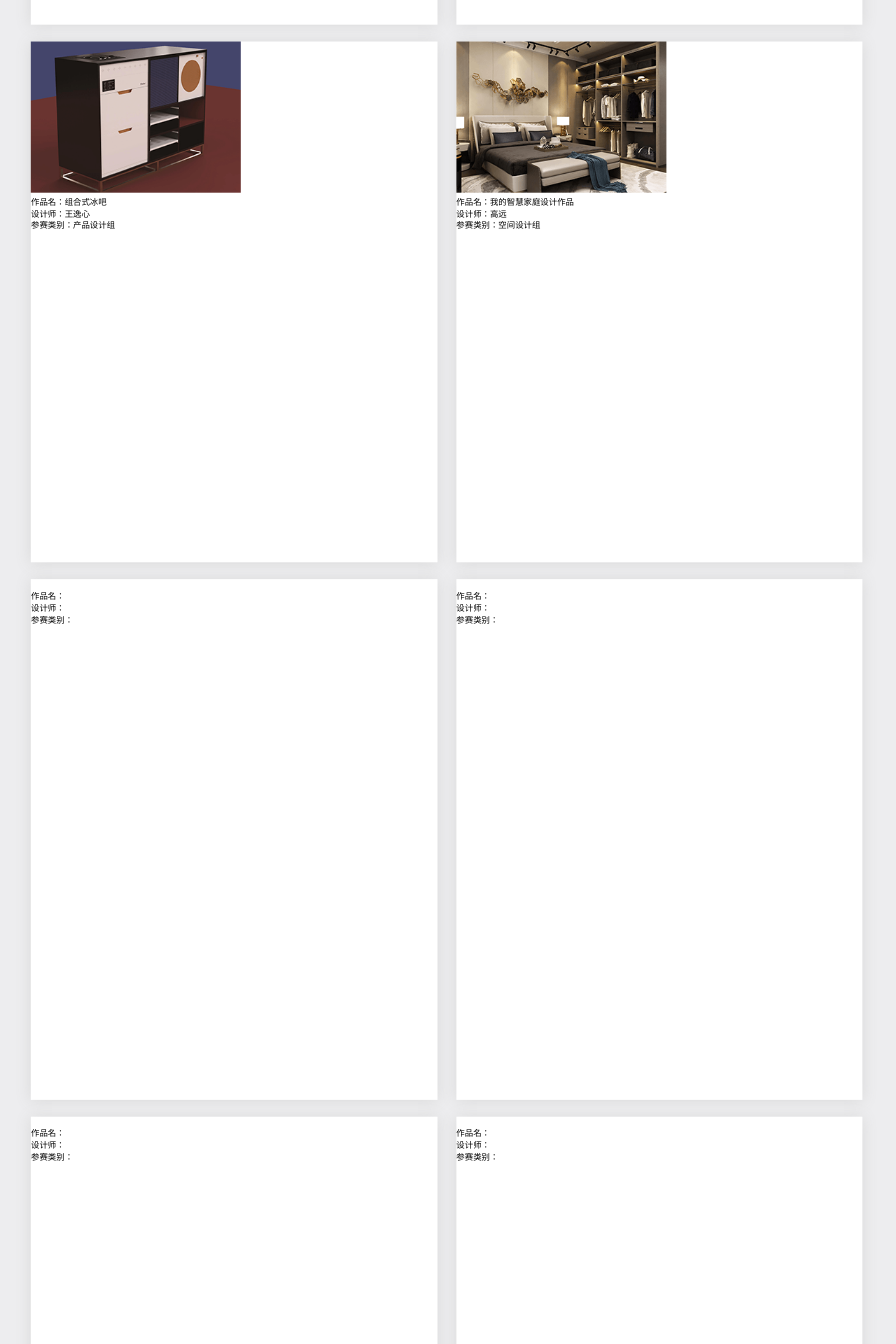
Repository: wangbiaozy/11.16
Page: pingxuan.html
The author's editor kept a copy of each file at every save. The page is drawn from the files as they stood at one save, then again after the next save.
The browser window is 1280 px wide. The pictures show the part of the page from y = 1296 to 3216 px (the page is 4427 px tall), at 70% of full size.

Above is the page before, as saved 2018-11-16 17:39:13.

### pingxuan.html
<!DOCTYPE html>
<html lang="en">

<head>
    <meta charset="UTF-8">
    <meta name="viewport" content="width=device-width, initial-scale=1.0, maximum-scale=1.0, minimum-scale=1.0, user-scalable=no, viewport-fit=cover">
    <meta http-equiv="X-UA-Compatible" content="ie=edge">
    <title>Document</title>
    <link rel="stylesheet" href="css/reset.min.css">
    <link rel="stylesheet/less" href="css/pingxuan.less">
    <script src="js/less-1.7.0.min.js"></script>
</head>
<body>
    <section>
        <div></div>
        <div>
            <ul>
                <li>
                    <img src="./images/zp_1.png" alt="">
                    <p>作品名：<span>冰雪奇缘合租冰箱</span></p>
                    <p>设计师：<span>王雪菲</span></p>
                    <p>参赛类别：<span>产品设计组</span></p>
                    <a class="zan" href="javascript:void(0)"></a>
                    <a href=""></a>
                </li>
                <li>
                    <img src="./images/zp_2.png" alt="">
                    <p>作品名：<span>智慧家庭空间设计</span></p>
                    <p>设计师：<span>秋风清y51</span></p>
                    <p>参赛类别：<span>空间设计组</span></p>
                    <a class="zan" href="javascript:void(0)"></a>
                    <a href=""></a>
                </li>
                <li>
                    <img src="./images/zp_3.png" alt="">
                    <p>作品名：<span>组合式冰吧</span></p>
                    <p>设计师：<span>王逸心</span></p>
                    <p>参赛类别：<span>产品设计组</span></p>
                    <a class="zan" href="javascript:void(0)"></a>
                    <a href=""></a>
                </li>
                <li>
                    <img src="./images/zp_4.png" alt="">
                    <p>作品名：<span>我的智慧家庭设计作品</span></p>
                    <p>设计师：<span>高远</span></p>
                    <p>参赛类别：<span>空间设计组</span></p>
                    <a class="zan" href="javascript:void(0)"></a>
                    <a href=""></a>
                </li>
                <li>
                    <img src="" alt="">
                    <p>作品名：<span></span></p>
                    <p>设计师：<span></span></p>
                    <p>参赛类别：<span></span></p>
                    <a class="zan" href="javascript:void(0)"></a>
                    <a href=""></a>
                </li>
                <li>
                    <img src="" alt="">
                    <p>作品名：<span></span></p>
                    <p>设计师：<span></span></p>
                    <p>参赛类别：<span></span></p>
                    <a class="zan" href="javascript:void(0)"></a>
                    <a href=""></a>
                </li>
                <li>
                    <img src="" alt="">
                    <p>作品名：<span></span></p>
                    <p>设计师：<span></span></p>
                    <p>参赛类别：<span></span></p>
                    <a class="zan" href="javascript:void(0)"></a>
                    <a href=""></a>
                </li>
                <li>
                    <img src="" alt="">
                    <p>作品名：<span></span></p>
                    <p>设计师：<span></span></p>
                    <p>参赛类别：<span></span></p>
                    <a class="zan" href="javascript:void(0)"></a>
                    <a href=""></a>
                </li>
                <li>
                    <img src="" alt="">
                    <p>作品名：<span></span></p>
                    <p>设计师：<span></span></p>
                    <p>参赛类别：<span></span></p>
                    <a class="zan" href="javascript:void(0)"></a>
                    <a href=""></a>
                </li>
                <li>
                    <img src="" alt="">
                    <p>作品名：<span></span></p>
                    <p>设计师：<span></span></p>
                    <p>参赛类别：<span></span></p>
                    <a class="zan" href="javascript:void(0)"></a>
                    <a href=""></a>
                </li>
            </ul>
        </div>
    </section>
</body>
</html>
<script src="js/jquery-1.10.1.min.js"></script>
<script src="js/index.js"></script>

### css/reset.min.css
@charset "utf-8";
/*默认样式清除和初始化*/
body,h1,h2,h3,h4,h5,h6,hr,p,blockquote,dl,dt,dd,ul,ol,li,button,input,textarea,th,td{margin:0;padding:0}body{font-size:12px;font-style:normal;font-family:"\5FAE\8F6F\96C5\9ED1",Helvetica,sans-serif}small{font-size:12px}h1{font-size:18px}h2{font-size:16px}h3{font-size:14px}h4,h5,h6{font-size:100%}ul,ol{list-style:none}a{text-decoration:none;background-color:transparent}a:hover,a:active{outline-width:0;text-decoration:none}table{border-collapse:collapse;border-spacing:0}hr{border:0;height:1px}img{border-style:none}img:not([src]){display:none}svg:not(:root){overflow:hidden}html{-webkit-touch-callout:none;-webkit-text-size-adjust:100%}input,textarea,button,a{-webkit-tap-highlight-color:rgba(0,0,0,0)}article,aside,details,figcaption,figure,footer,header,main,menu,nav,section,summary{display:block}audio,canvas,progress,video{display:inline-block}audio:not([controls]),video:not([controls]){display:none;height:0}progress{vertical-align:baseline}mark{background-color:#ff0;color:#000}sub,sup{position:relative;font-size:75%;line-height:0;vertical-align:baseline}sub{bottom:-0.25em}sup{top:-0.5em}button,input,select,textarea{font-size:100%;outline:0}button,input{overflow:visible}button,select{text-transform:none}textarea{overflow:auto}button,html [type="button"],[type="reset"],[type="submit"]{-webkit-appearance:button}button::-moz-focus-inner,[type="button"]::-moz-focus-inner,[type="reset"]::-moz-focus-inner,[type="submit"]::-moz-focus-inner{border-style:none;padding:0}button:-moz-focusring,[type="button"]:-moz-focusring,[type="reset"]:-moz-focusring,[type="submit"]:-moz-focusring{outline:1px dotted ButtonText}[type="checkbox"],[type="radio"]{box-sizing:border-box;padding:0}[type="number"]::-webkit-inner-spin-button,[type="number"]::-webkit-outer-spin-button{height:auto}[type="search"]{-webkit-appearance:textfield;outline-offset:-2px}[type="search"]::-webkit-search-cancel-button,[type="search"]::-webkit-search-decoration{-webkit-appearance:none}::-webkit-input-placeholder{color:inherit;opacity:.54}::-webkit-file-upload-button{-webkit-appearance:button;font:inherit}.clear:after{display:block;height:0;content:"";clear:both}
*{ -webkit-tap-highlight-color: rgba(0,0,0,0);-webkit-tap-highlight-color: transparent; /* For some Androids */ }

### js/index.js
(function (doc, win) {
    var docEl = doc.documentElement,
        resizeEvt = 'orientationchange' in window ? 'orientationchange' : 'resize',
        recalc = function () {
            var clientWidth = docEl.clientWidth;
            if (!clientWidth) return;
            docEl.style.fontSize = 100 * (clientWidth / 750) + 'px';
        };
    if (!doc.addEventListener) return;
    win.addEventListener(resizeEvt, recalc, false);
    doc.addEventListener('DOMContentLoaded', recalc, false);
})(document, window);
$(function () {
    //直播秀点赞
    $('.zan').on('click',function(){
        var $this = $(this);
        var _num = parseInt($this.siblings('span').text());
        $this.hasClass('act') ? '' : $(this).siblings().text(_num+1) && $this.addClass('act');
    });

    //我精彩
    //选项卡
    function tab($selector){
        var $lis = $selector.find('li');
        $lis.on('click',function (){
            var $index = $(this).index();
            $(this).addClass('act').siblings().removeClass('act').end().parent().nextAll('div').eq($index).addClass('bg').siblings('div').removeClass('bg');
        });
    }
    tab($('#tab'));
    //点赞
    $('.zan_btn').on('click',function(){
        var $this = $(this);
        var _num = parseInt($this.siblings('i').text());
        $this.hasClass('act') ? '' : $(this).siblings('i').text(_num+1) && $this.addClass('act');
    });
});

Loaded but not shown: js/less-1.7.0.min.js (library); js/jquery-1.10.1.min.js (library)

After the next save:
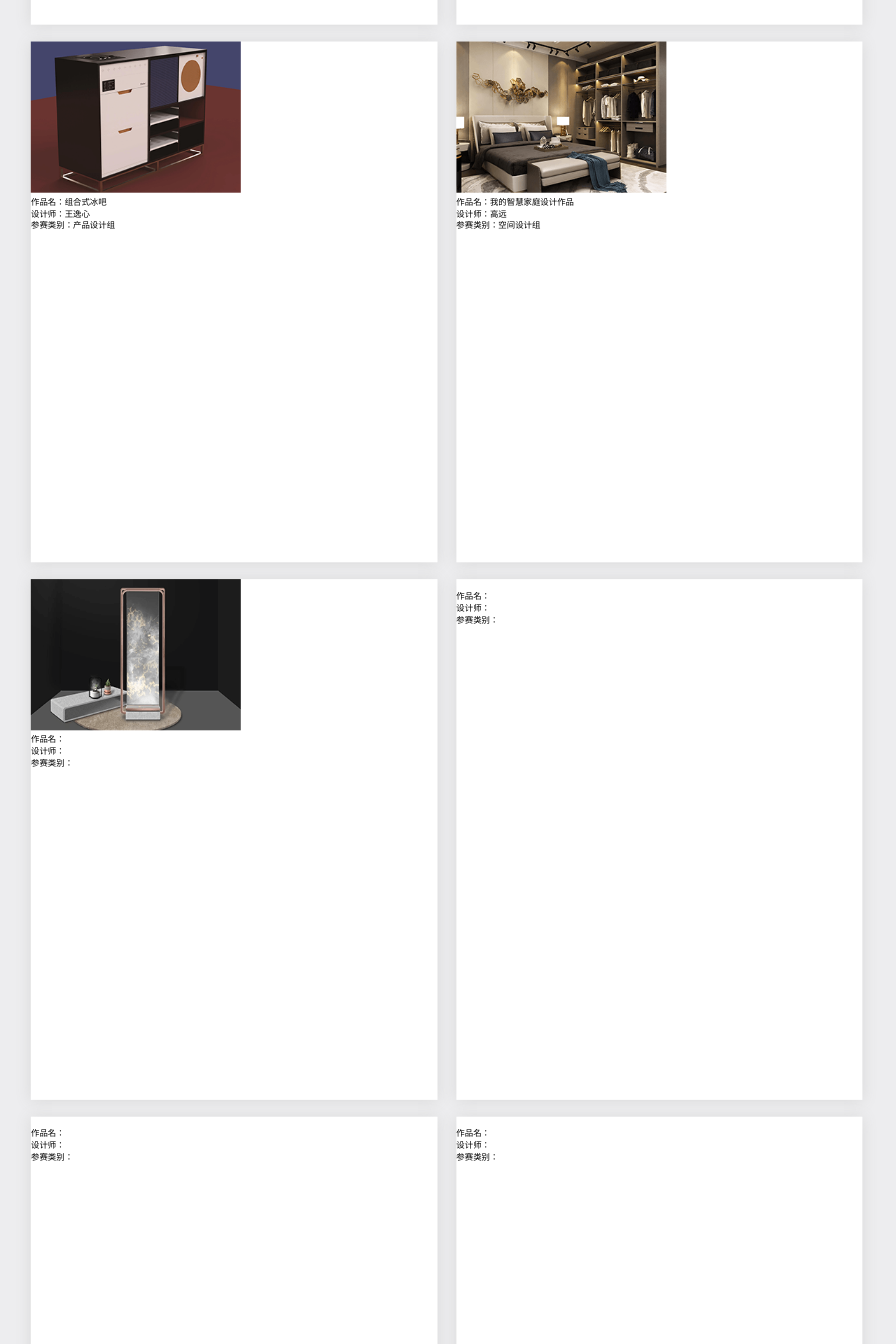
Saved 18 s later.
--- a/pingxuan.html
+++ b/pingxuan.html
@@ -48,7 +48,7 @@
                     <a href=""></a>
                 </li>
                 <li>
-                    <img src="" alt="">
+                    <img src="./images/zp_5.png" alt="">
                     <p>作品名：<span></span></p>
                     <p>设计师：<span></span></p>
                     <p>参赛类别：<span></span></p>
